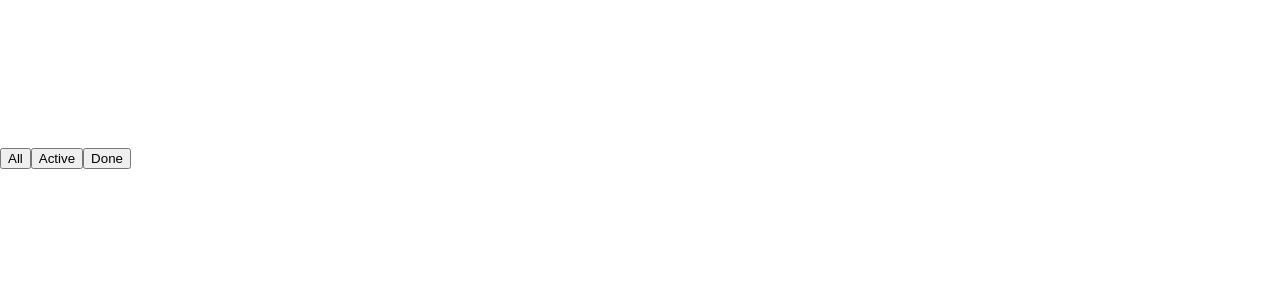
Repository: Yugayoung/todoList
Page: /
The author's editor kept a copy of each file at every save. The page is drawn from the files as they stood at one save, then again after the next save.
The browser window is 1280 px wide. The pictures show the whole page.
The project was rebuilt for these pictures with package versions that can differ from the ones it lists, and the page was loaded fresh each time. Also part of the build but not shown: src/App.css.

Above is the page before, as saved 2024-03-21 00:14:19.

### src/index.css
body {
  margin: 0;
  font-family: -apple-system, BlinkMacSystemFont, 'Segoe UI', 'Roboto', 'Oxygen',
    'Ubuntu', 'Cantarell', 'Fira Sans', 'Droid Sans', 'Helvetica Neue',
    sans-serif;
  -webkit-font-smoothing: antialiased;
  -moz-osx-font-smoothing: grayscale;
  width: 100vw;
  height: 100vh;
  display: flex;
  justify-content: center;
  align-items: center;
  font-size: 1.2rem;
}

code {
  font-family: source-code-pro, Menlo, Monaco, Consolas, 'Courier New',
    monospace;
}
#root {
  width: 100%;
  height: 60%;
}

### src/App.js
import './App.css';
import Todo from './pages/Todo';

function App() {
  return (
    <>
      <Todo />
    </>
  );
}

export default App;

### src/pages/todo.jsx
import React from 'react';

export default function Todo() {
  return (
    <>
      <section>
        {/* 할일 state */}
        <div>
          <button>All</button>
          <button>Active</button>
          <button>Done</button>
        </div>
        {/* addTodoList */}
        {/* 할일 입력 */}
      </section>
    </>
  );
}

Loaded but not shown: public/index.html (common file); src/index.js (common file); src/reportWebVitals.js (common file)

After the next save:
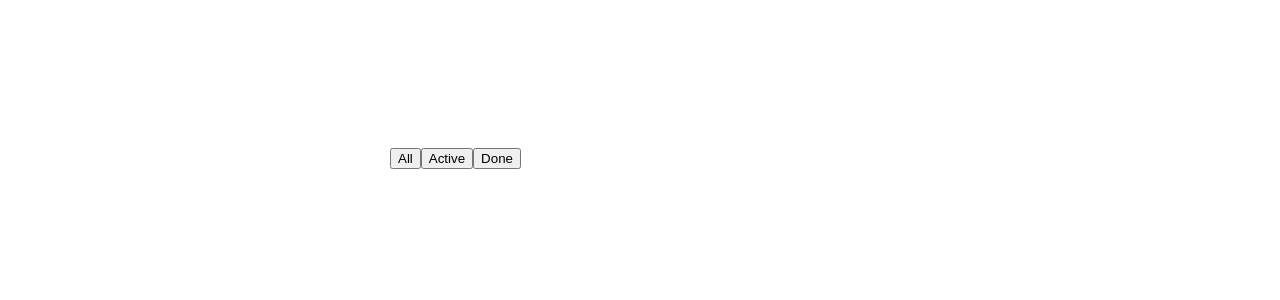
Saved 72 s later.
--- a/src/index.css
+++ b/src/index.css
@@ -20,4 +20,5 @@ code {
 #root {
   width: 100%;
   height: 60%;
+  max-width: 500px;
 }
